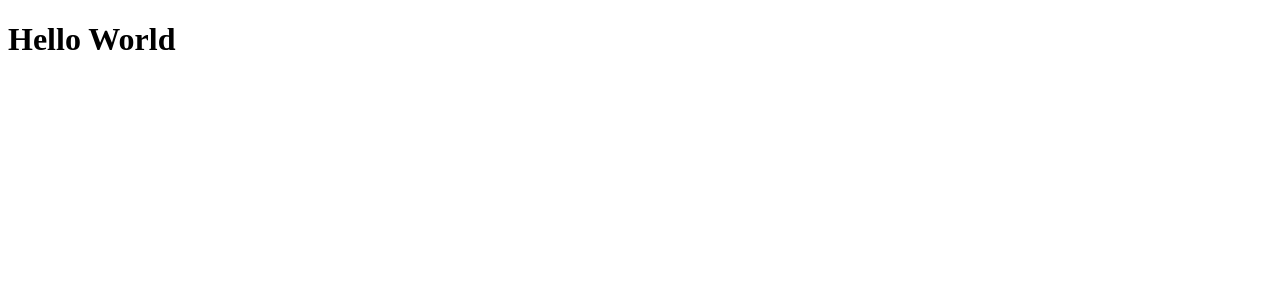
Repository: Mahesh160/Book_Management
Page: http://localhost/BookManagement/
An editor plug-in stored every save of this project. The page is shown before and after the next save, followed by the edit.
The browser window is 1280 px wide. The pictures show the whole page.
The page is served by Tomcat 9. Other server files are loaded and not shown.

Above is the page before, as saved 2023-09-05 16:51:49.

### BookManagement/src/main/webapp/index.jsp
<%@ page language="java" contentType="text/html; charset=ISO-8859-1"
    pageEncoding="ISO-8859-1"%>
<!DOCTYPE html>
<html>
<head>
<meta charset="ISO-8859-1">
<title>Insert title here</title>
</head>
<body>
<h1>Hello World</h1>
</body>
</html>

After the next save:
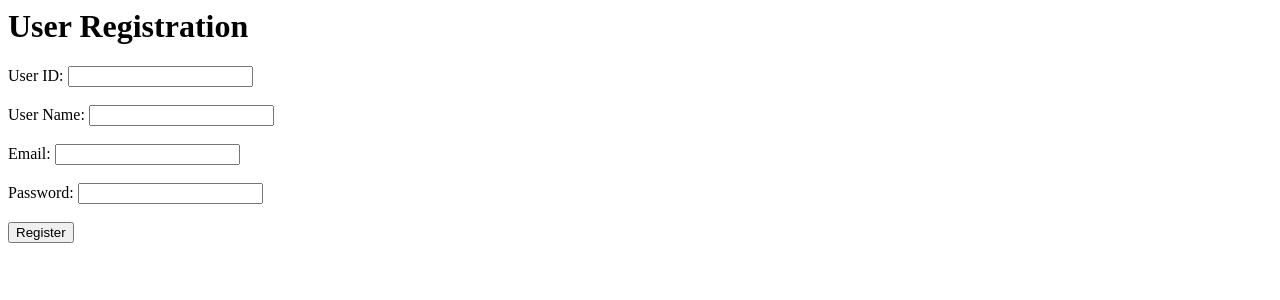
Saved 62 min 29 s later.
--- a/BookManagement/src/main/webapp/index.jsp
+++ b/BookManagement/src/main/webapp/index.jsp
@@ -1,12 +1,27 @@
 <%@ page language="java" contentType="text/html; charset=ISO-8859-1"
     pageEncoding="ISO-8859-1"%>
-<!DOCTYPE html>
-<html>
+<html lang="en">
 <head>
-<meta charset="ISO-8859-1">
-<title>Insert title here</title>
+    <meta charset="UTF-8">
+    <meta name="viewport" content="width=device-width, initial-scale=1.0">
+    <title>User Registration</title>
 </head>
 <body>
-<h1>Hello World</h1>
+    <h1>User Registration</h1>
+    <form action="process_registration.php" method="POST">
+        <label for="user_id">User ID:</label>
+        <input type="text" id="user_id" name="user_id" required><br><br>
+
+        <label for="user_name">User Name:</label>
+        <input type="text" id="user_name" name="user_name" required><br><br>
+
+        <label for="email">Email:</label>
+        <input type="email" id="email" name="email" required><br><br>
+
+        <label for="password">Password:</label>
+        <input type="password" id="password" name="password" required><br><br>
+
+        <input type="submit" value="Register">
+    </form>
 </body>
 </html>
